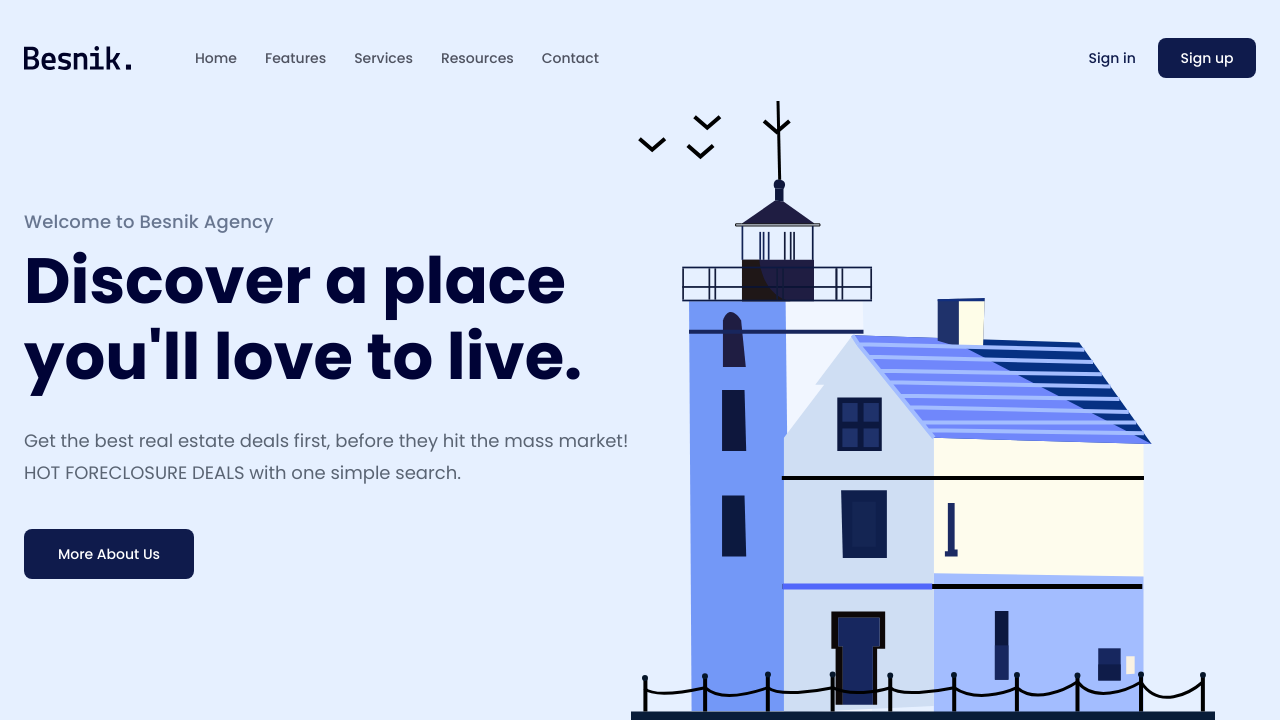
Repository: Tibi2003/f8-htmlcss-01
Page: index.html
These files come from the project's save history. The page is drawn as it stood at one moment and after the next save; the edit follows.
The browser window is 1280 px wide. The pictures show the whole page.

Above is the page before, as saved 2024-02-05 17:12:26.

### index.html
<!DOCTYPE html>
<html lang="en">
	<head>
		<meta charset="UTF-8" />
		<meta name="viewport" content="width=device-width, initial-scale=1.0" />
		<title>F8 Project 01</title>
		<link rel="stylesheet" href="./assets/css/reset.css" />
		<link rel="preconnect" href="https://fonts.googleapis.com" />
		<link rel="preconnect" href="https://fonts.gstatic.com" crossorigin />
		<link
			href="https://fonts.googleapis.com/css2?family=Poppins:wght@400;500;600;700&display=swap"
			rel="stylesheet" />
		<!-- <link rel="stylesheet" href="./assets/fonts/stylesheet.css" /> -->
		<link rel="stylesheet" href="./assets/css/styles.css" />
	</head>
	<body>
		<main>
			<!-- Header -->
			<header class="header">
				<div class="content">
					<nav class="navbar">
						<!-- Logo -->
						<img src="./assets/img/logo.svg" alt="Besnik." />
						<!-- Navigation -->
						<ul>
							<li><a href="#!">Home</a></li>
							<li><a href="#!">Features</a></li>
							<li><a href="#!">Services</a></li>
							<li><a href="#!">Resources</a></li>
							<li><a href="#!">Contact</a></li>
						</ul>
						<!-- Action -->
						<div class="actions">
							<a href="#!" class="action-link">Sign in</a>
							<a href="#!" class="btn action-btn">Sign up</a>
						</div>
					</nav>

					<div class="hero">
						<div class="info">
							<p class="sub-title">Welcome to Besnik Agency</p>
							<h1 class="title">
								Discover a place you'll love to live.
							</h1>
							<p class="desc">
								Get the best real estate deals first, before
								they hit the mass market! HOT FORECLOSURE DEALS
								with one simple search.
							</p>
							<!-- Call to action -->
							<a href="" class="btn hero-cta">More About Us</a>
						</div>

						<img
							src="./assets/img/hero-img.svg"
							alt="Discover a place you'll love to live."
							class="hero-img" />
					</div>
				</div>
			</header>
		</main>
	</body>
</html>

### assets/css/styles.css
* {
	box-sizing: border-box;
}

:root {
	--primary-color: #0f1b4c;
}

html {
	font-size: 62.5%;
}

body {
	font-size: 1.6rem;
	font-family: "Poppins", sans-serif;
}

/* Common */
a {
	text-decoration: none;
}

.btn {
	display: inline-block;
	min-width: 98px;
	padding: 18px 16px;
	border-radius: 8px;
	background: var(--primary-color);
	font-size: 1.4rem;
	font-weight: 500;
	text-align: center;
	color: #ffffff;
}

.btn:hover {
	opacity: 0.9;
}

.content {
	width: 1440px;
	max-width: calc(100% - 48px);
	margin-left: auto;
	margin-right: auto;
}

/* Header */
.header {
	position: relative;
	background: #e6f0ff;
	height: 100vh;
}

.navbar {
	display: flex;
	align-items: center;
	padding-top: 38px;
}

.navbar ul {
	display: flex;
	margin-left: 50px;
}

.navbar .actions {
	margin-left: auto;
}

.navbar ul a {
	font-size: 1.4rem;
	font-weight: 500;
	color: #4f5361;
	padding: 8px 14px;
}

.navbar ul a:hover {
	text-decoration: underline;
}

.navbar .action-link {
	font-weight: 500;
	font-size: 1.4rem;
	color: var(--primary-color);
}

.navbar .action-btn {
	padding: 13px 16px;
	margin-left: 18px;
}

.hero {
	margin-top: 130px;
}

.hero .info {
	width: 51%;
}

.hero .sub-title {
	font-size: 1.8rem;
	font-weight: 500;
	line-height: 1.5;
	letter-spacing: 0.01em;
	color: #687690;
}

.hero .title {
	margin-top: 8px;
	font-size: 6.4rem;
	font-weight: 700;
	line-height: 1.19;
	color: #000336;
}

.hero .desc {
	margin-top: 30px;
	font-size: 1.8rem;
	font-weight: 400;
	line-height: 1.78;
	color: #5a6473;
}

.hero-cta {
	min-width: 170px;
	margin-top: 40px;
}

.hero-img {
	position: absolute;
	right: 65px;
	bottom: 0;
}

Loaded but not shown: assets/css/reset.css (common file)

After the next save:
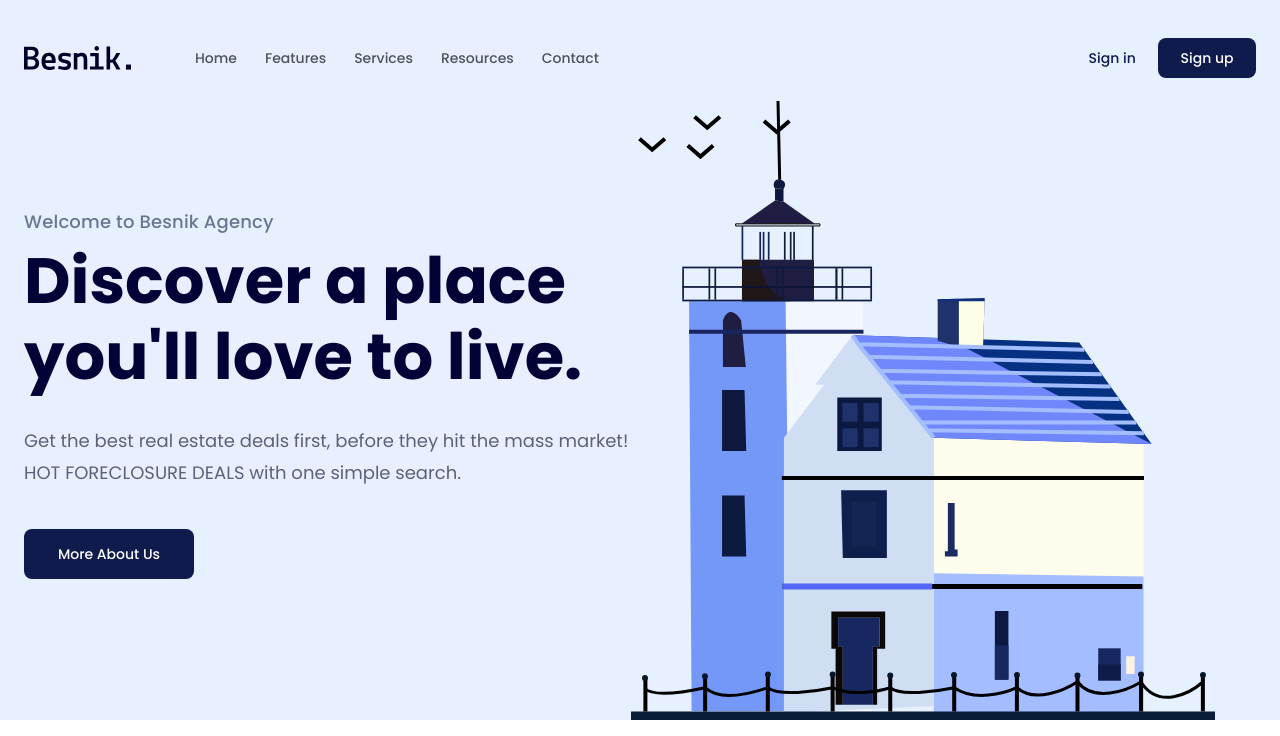
Saved 14 s later.
--- a/assets/css/styles.css
+++ b/assets/css/styles.css
@@ -38,6 +38,7 @@ a {
 
 .content {
 	width: 1440px;
+	height: 736px;
 	max-width: calc(100% - 48px);
 	margin-left: auto;
 	margin-right: auto;

After the save that followed:
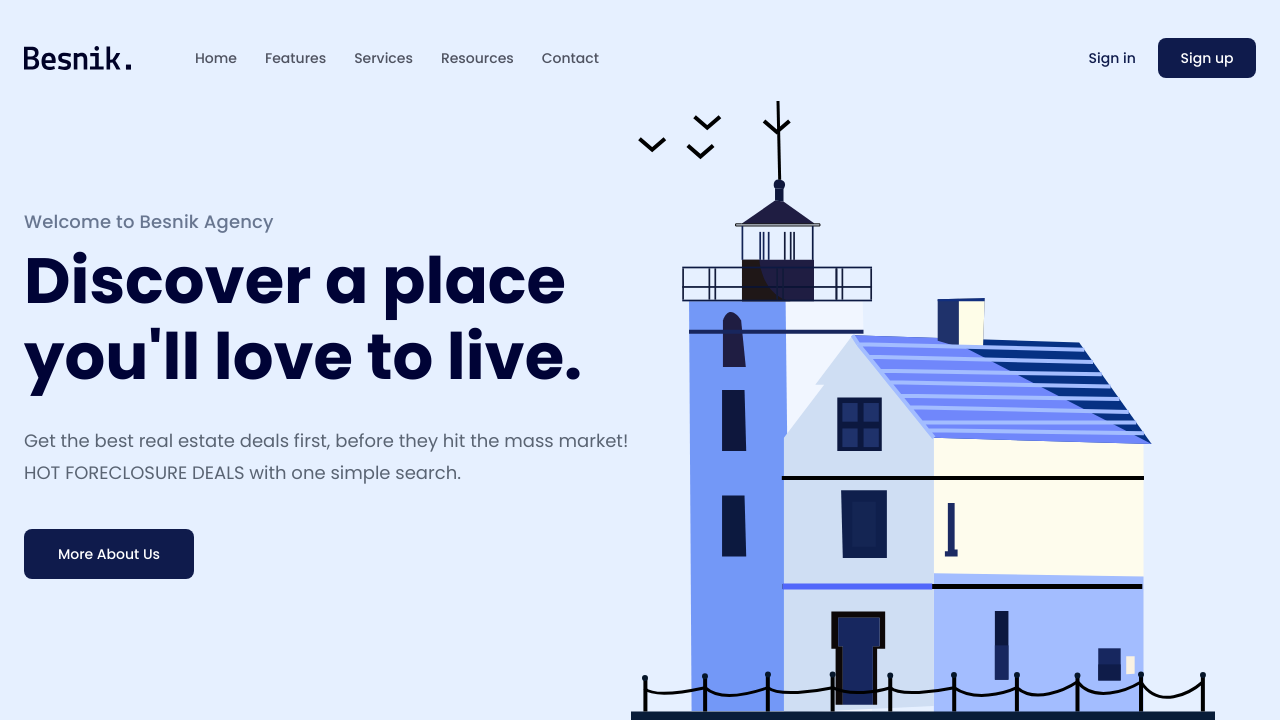
Saved 57 s later.
--- a/assets/css/styles.css
+++ b/assets/css/styles.css
@@ -38,7 +38,6 @@ a {
 
 .content {
 	width: 1440px;
-	height: 736px;
 	max-width: calc(100% - 48px);
 	margin-left: auto;
 	margin-right: auto;
